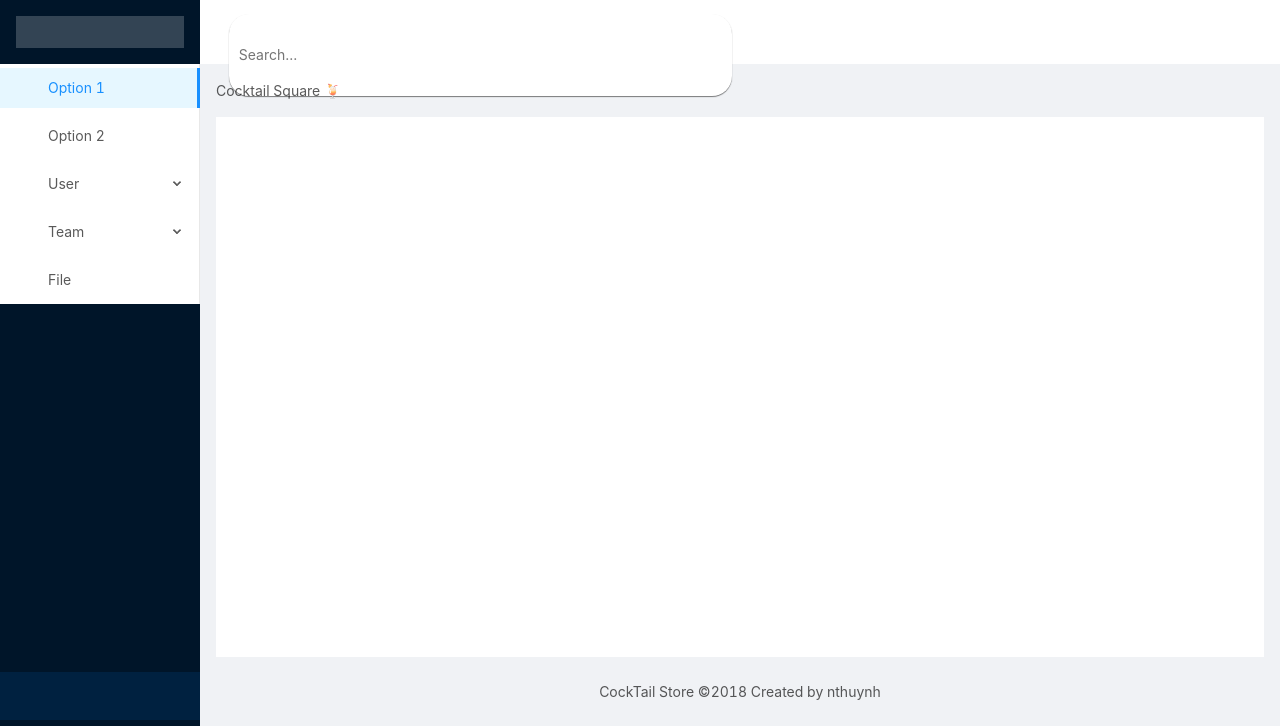
Repository: huynhnt1406/cocktail
Page: /
An editor plug-in stored every save of this project. The page is shown before and after the next save, followed by the edit.
The browser window is 1280 px wide. The pictures show the whole page.
The page's requests for data from a server got no answer. The project was rebuilt for these pictures with package versions that can differ from the ones it lists, and the page was loaded fresh each time. No one was signed in, and anything a server would have sent is missing.

Above is the page before, as saved 2021-05-06 00:21:11.

After the next save:
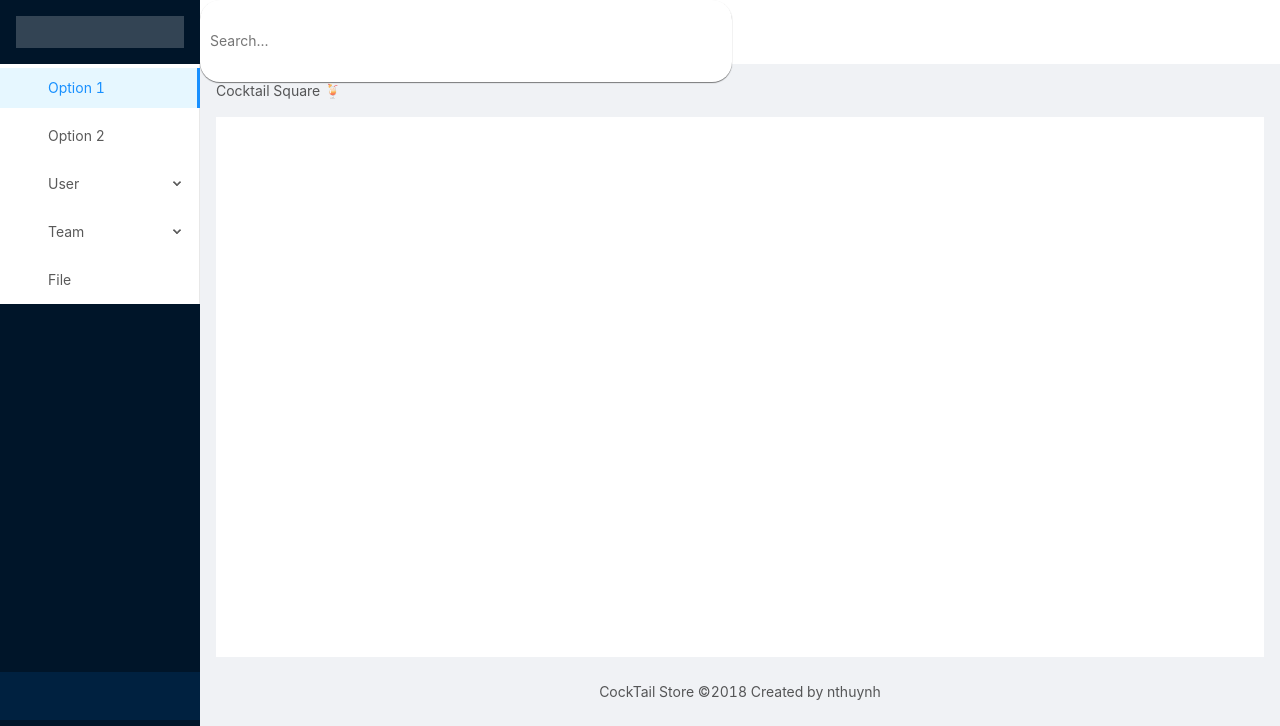
Saved 19 s later.
--- a/src/components/SearchBar.vue
+++ b/src/components/SearchBar.vue
@@ -17,7 +17,6 @@ export default {
 
 <style>
 .searchbar{
-    padding:2vh 4vh 2vh 4vh;
     display: flex;
     justify-content: space-between;
     align-items: center;
